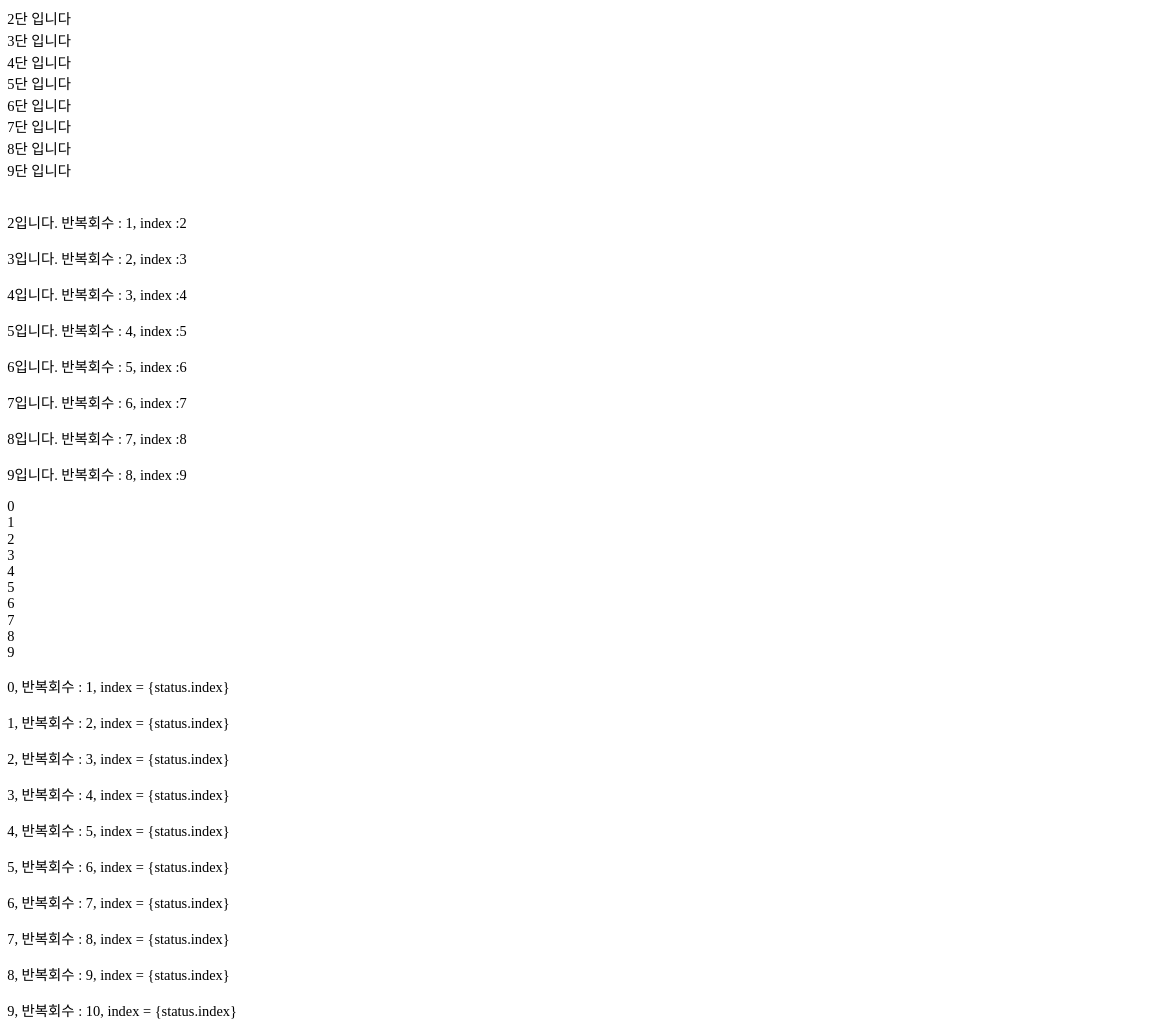
Repository: jjungee/DDIT-JSP
Page: http://localhost/JSP_JSTL/forEach.jsp
The author's editor kept a copy of each file at every save. The page is drawn from the files as they stood at one save, then again after the next save.
The browser window is 1280 px wide. The pictures show the whole page, at 90% of full size.
The page is served by Tomcat 9.

Above is the page before, as saved 2020-11-02 02:44:45.

After the next save:
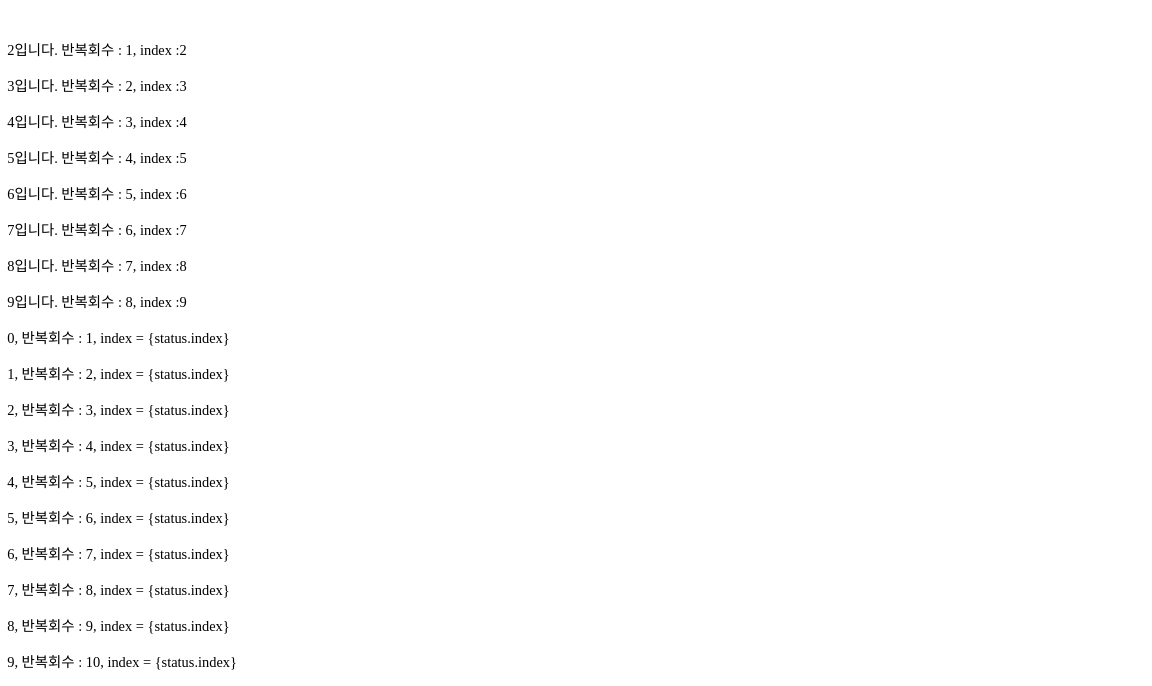
Saved 23 s later.
--- a/JSP_JSTL/WebContent/forEach.jsp
+++ b/JSP_JSTL/WebContent/forEach.jsp
@@ -11,23 +11,23 @@
 	</head>
 
 	<body>
-		<%
+		<%-- <%
 			for(int dan = 2 ; dan < 10 ; dan++){
 				out.println(dan + "단 입니다<br>");
 			}
-		%>
+		%> --%>
 		<br>
 		<c:forEach var = "dan" begin="2" end="9" step="1" varStatus="status">
 			<p>${dan }입니다. 반복회수 : ${status.count }, index :${status.index }</p>
 		</c:forEach>
 
-		<%
+		<%-- <%
 			int[] arrInt = {0, 1, 2, 3, 4, 5, 6, 7, 8, 9};
 
 			for(int num : arrInt){
 				out.println(num + "<br/>");
 			}
-		%>
+		%> --%>
 
 		<c:set var = "arrInt" value = "0, 1, 2, 3, 4, 5, 6, 7, 8, 9"/>
 		<c:forEach items="${arrInt }" var = "num" varStatus="status">
